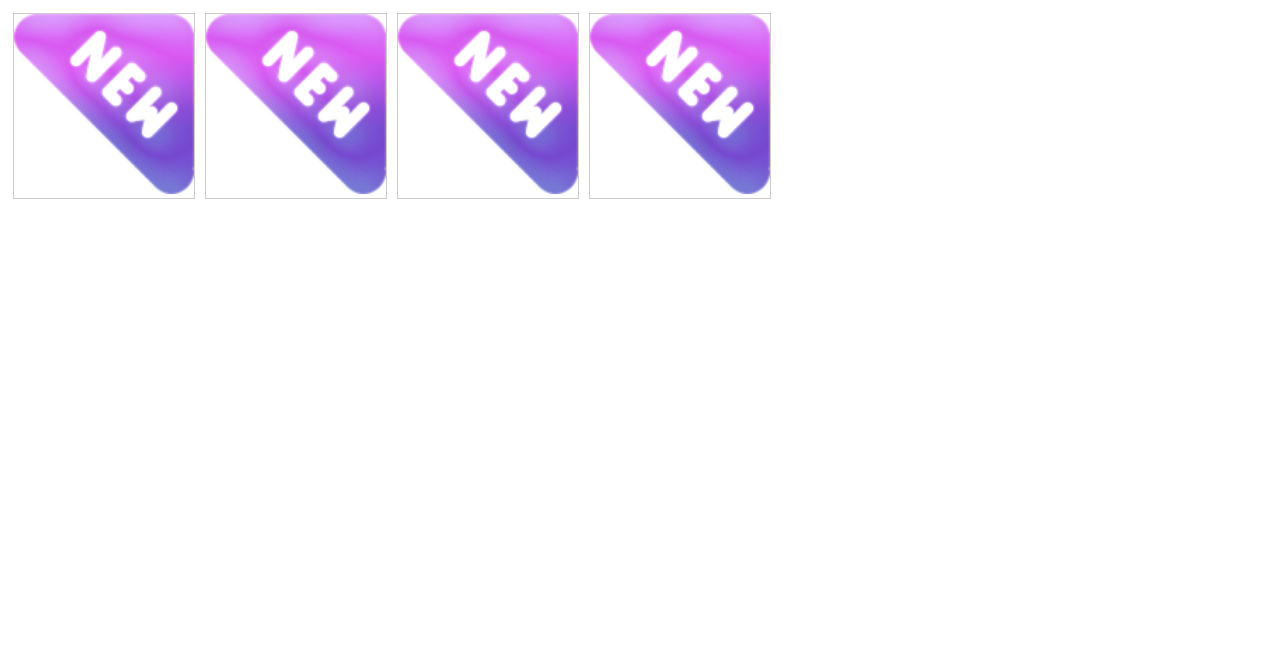
Repository: vichubenzene/-MWin_ui
Page: main.html
These files come from the project's save history. The page is drawn as it stood at one moment and after the next save; the edit follows.
The browser window is 1280 px wide. The pictures show the whole page.

Above is the page before, as saved 2022-10-09 11:35:51.

### main.html
<!DOCTYPE html>
<html>

<head>
    <style>
        div.gallery {
            margin: 5px;
            border: 1px solid #ccc;
            float: left;
            width: 180px;
        }

        div.gallery:hover {
            border: 1px solid #777;
        }

        div.gallery img {
            width: 100%;
            height: auto;
        }
    </style>
</head>

<body>

    <div class="gallery">
        <a target="_blank" href="img_5terre.jpg">
            <img src="images/834535415628562442 (1).png" alt="Cinque Terre" width="600" height="400">
        </a>

    </div>

    <div class="gallery">
        <a target="_blank" href="img_forest.jpg">
            <img src="images/834535415628562442 (1).png" alt="Forest" width="600" height="400">
        </a>

    </div>

    <div class="gallery">
        <a target="_blank" href="img_lights.jpg">
            <img src="images/834535415628562442 (1).png" alt="Northern Lights" width="600" height="400">
        </a>

    </div>

    <div class="gallery">
        <a target="_blank" href="img_mountains.jpg">
            <img src="images/834535415628562442 (1).png" alt="Mountains" width="600" height="400">
        </a>

    </div>

</body>

</html>

After the next save:
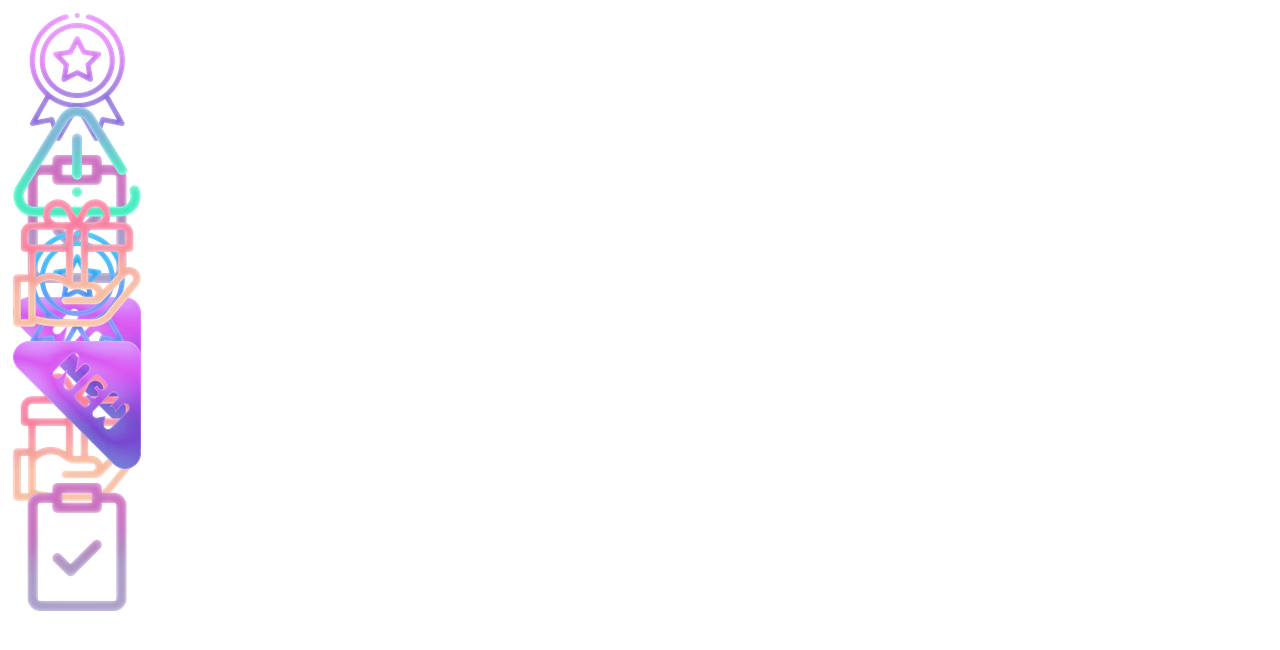
Saved 23 h 42 min later.
--- a/main.html
+++ b/main.html
@@ -3,53 +3,36 @@
 
 <head>
     <style>
-        div.gallery {
-            margin: 5px;
-            border: 1px solid #ccc;
-            float: left;
-            width: 180px;
-        }
 
-        div.gallery:hover {
-            border: 1px solid #777;
-        }
-
-        div.gallery img {
-            width: 100%;
-            height: auto;
-        }
     </style>
 </head>
 
 <body>
+    <div style="height: 75px;width: 75px;">
+        <div class="column">
+            <img src="images/834538140450160661.png" alt="Snow" style="padding: 5px">
+            <img src="images/834541394987057242.png" alt="Snow" style="padding: 5px">
+            <img src="images/834535415628562442 (1).png" alt="Snow" style=" padding: 5px">
+        </div>
+    </div>
+    <br>
+    <div style="height: 75px;width: 75px;">
+        <div class="column">
+            <img src="images/834541395074613248.png" alt="Snow" style="padding: 5px">
+            <img src="images/834541395930251336.png" alt="Snow" style="padding: 5px">
+            <img src="images/834541395749371916.png" alt="Snow" style="padding: 5px">
 
-    <div class="gallery">
-        <a target="_blank" href="img_5terre.jpg">
-            <img src="images/834535415628562442 (1).png" alt="Cinque Terre" width="600" height="400">
-        </a>
-
+        </div>
+    </div>
+    <br>
+    <div style="height: 75px;width: 75px;">
+        <div class="column">
+            <img src="images/834541395749371916.png" alt="Snow" style="padding: 5px">
+            <img src="images/834535415628562442 (1).png" alt="Snow" style="padding: 5px">
+            <img src="images/834541394987057242.png" alt="Snow" style="padding: 5px">
+        </div>
     </div>
 
-    <div class="gallery">
-        <a target="_blank" href="img_forest.jpg">
-            <img src="images/834535415628562442 (1).png" alt="Forest" width="600" height="400">
-        </a>
-
-    </div>
-
-    <div class="gallery">
-        <a target="_blank" href="img_lights.jpg">
-            <img src="images/834535415628562442 (1).png" alt="Northern Lights" width="600" height="400">
-        </a>
-
-    </div>
-
-    <div class="gallery">
-        <a target="_blank" href="img_mountains.jpg">
-            <img src="images/834535415628562442 (1).png" alt="Mountains" width="600" height="400">
-        </a>
-
-    </div>
 
 </body>
 
